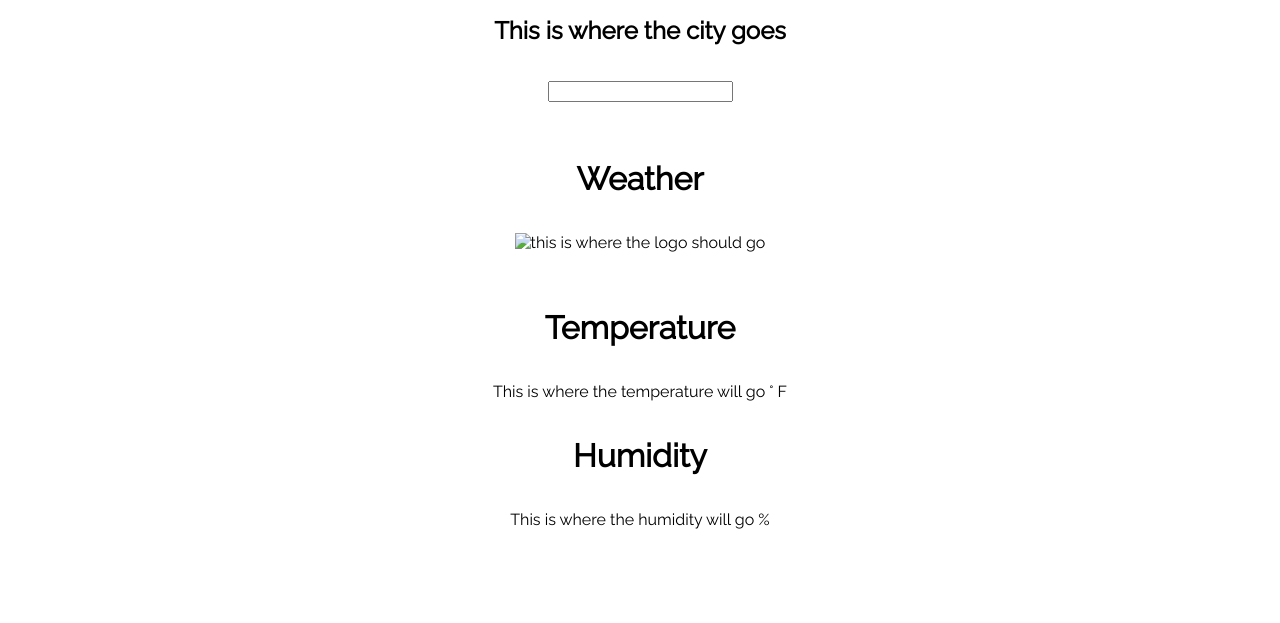
Repository: Juliolikescoding/js_weather
Page: index.html
These files come from the project's save history. The page is drawn as it stood at one moment and after the next save; the edit follows.
The browser window is 1280 px wide. The pictures show the whole page.

Above is the page before, as saved 2018-05-22 21:28:53.

After the next save:
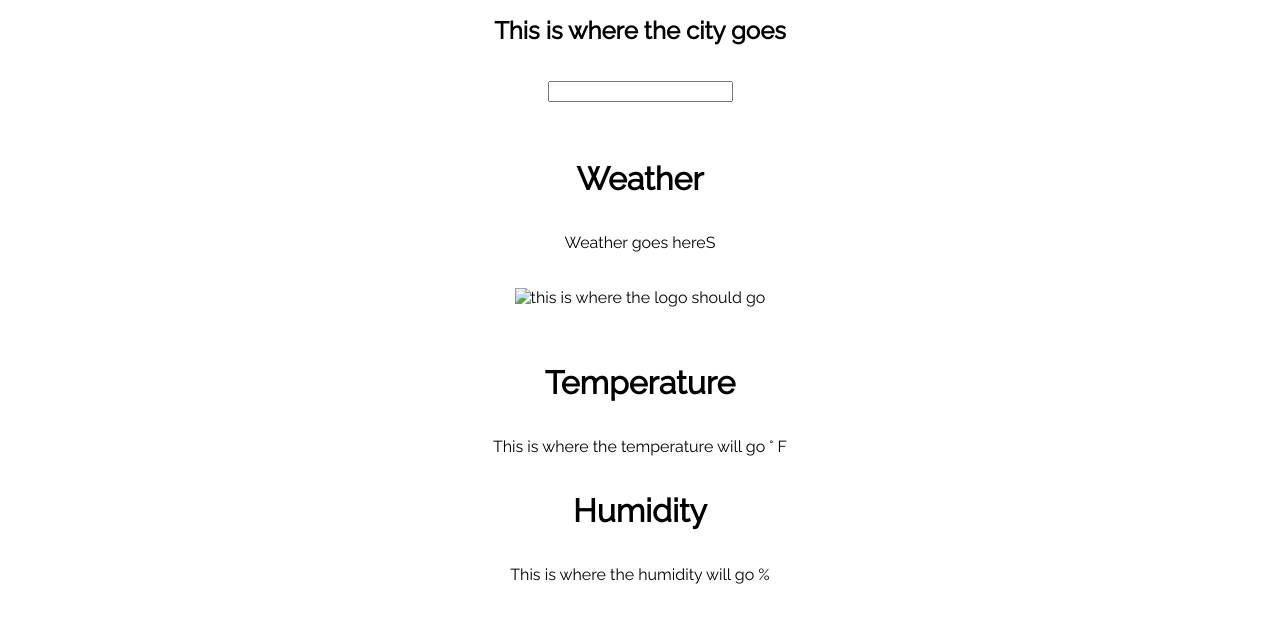
Saved 4 min 51 s later.
--- a/index.html
+++ b/index.html
@@ -12,7 +12,7 @@
     <h1 class="cityTitle">This is where the city goes</h1>
     <input type="text" class="zip">
     <h1>Weather</h1>
-    <div class="weather"></div>
+    <div class="weather">Weather goes hereS</div>
     <img src="" alt="this is where the logo should go" class="icon">
     <h1>Temperature</h1>
     <div>
